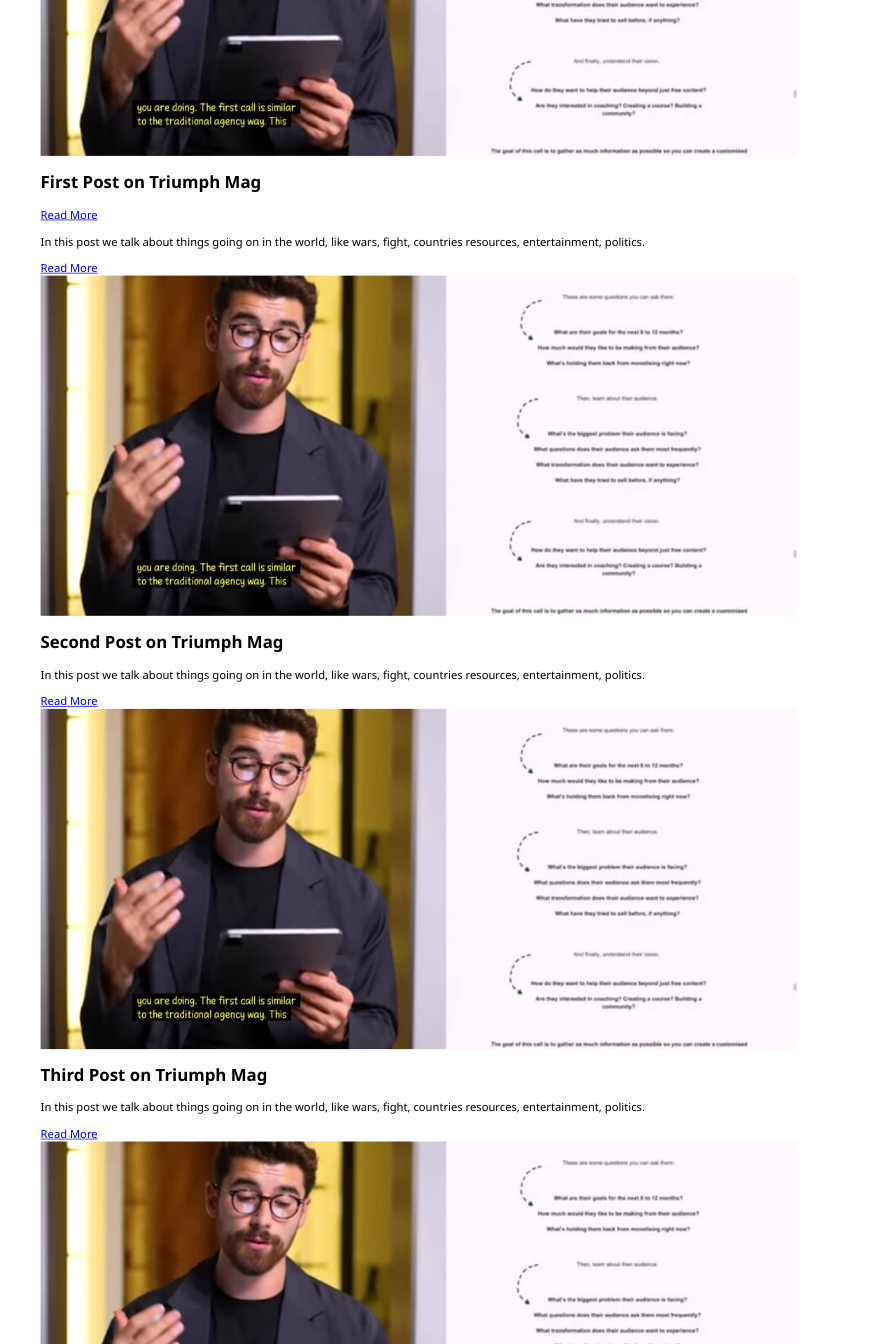
Repository: zikcolle/Triumph-Blog
Page: index.html
The author's editor kept a copy of each file at every save. The page is drawn from the files as they stood at one save, then again after the next save.
The browser window is 1280 px wide. The pictures show the part of the page from y = 964 to 2884 px (the page is 5258 px tall before and 5293 px after), at 70% of full size.

Above is the page before, as saved 2026-06-21 14:21:46.

### index.html
<!DOCTYPE html>
<html lang="en">

<head>
    <meta charset="UTF-8">
    <meta name="viewport" content="width=device-width, initial-scale=1.0">
    <title>Triumph Magazine</title>
    <link rel="stylesheet" href="styles.css">
</head>

<body>
    <header>
        <h2>Triumph Magazine</h2>
        <nav>
            <a href="#">Home</a></li>
            <a href="/about-us">About</a>
            <a href="/contact-us">Contact</a>
        </nav>
    </header>

    <main>
        <section>
            <div>
                <h2 class="label-post">Trending Post</h2>
            </div>
            <div class="feat-post">
                <img src="simage\postiman.jpeg">
                <h1>How to make mony online as a beginner</h1>
                <p>In this post you would learn how to make money as a beginner as we delve into 20 ways you can earn
                    using your phone and the internet. These methods have been proven by millions of people in the
                    digital space and its best for you to know about it.</p>
            </div>
        </section>

        <section class="post-grid">
            <div class="blog-post">
                <img src="simage\postiman.jpeg">
                <h1>First Post on Triumph Mag</h1><a href="#" class="read-more">Read More</a>
                <p>In this post we talk about things going on in the world, like wars, fight, countries resources,
                    entertainment, politics.</p>
                <a href="#" class="read-more">Read More</a>
            </div>

            <div class="blog-post">
                <img src="simage\postiman.jpeg">
                <h1>Second Post on Triumph Mag</h1>
                <p>In this post we talk about things going on in the world, like wars, fight, countries resources,
                    entertainment, politics.</p>
                <a href="#" class="read-more">Read More</a>
            </div>

            <div class="blog-post">
                <img src="simage\postiman.jpeg">
                <h1>Third Post on Triumph Mag</h1>
                <p>In this post we talk about things going on in the world, like wars, fight, countries resources,
                    entertainment, politics.</p>
                <a href="#" class="read-more">Read More</a>
            </div>

            <div class="blog-post">
                <img src="simage\postiman.jpeg">
                <h1>Fourth Post on Triumph Mag</h1>
                <p>In this post we talk about things going on in the world, like wars, fight, countries resources,
                    entertainment, politics.</p>
                <a href="#" class="read-more">Read More</a>
            </div>

            <div class="blog-post">
                <img src="simage\postiman.jpeg">
                <h1>Fifth Post on Triumph Mag</h1>
                <p>In this post we talk about things going on in the world, like wars, fight, countries resources,
                    entertainment, politics.</p>
                <a href="#" class="read-more">Read More</a>
            </div>

            <div class="blog-post">
                <img src="simage\postiman.jpeg">
                <h1>Sixth Post on Triumph Mag</h1>
                <p>In this post we talk about things going on in the world, like wars, fight, countries resources,
                    entertainment, politics.</p>
                <a href="#" class="read-more">Read More</a>
            </div>

            <div><a href="/blog">View More Posts</a></div>
        </section>

        <section>
            <h2>Related Posts</h2>

            <div class="blog-post">
                <img src="simage\postiman.jpeg">
                <h4><a href="/blog">Sixth Post on Triumph Mag</a></h4>
            </div>
        </section>
    </main>

    <footer>
        <h2>Triumph Magazine</h2>
        <p>© 2026 Triumph Magazine. All rights reserved.</p>
    </footer>

</body>

</html>

### styles.css
body {
    background-color: rgb(255, 255, 255);
    color: rgb(0, 0, 0);
    font-family:'Segoe UI', Tahoma, Geneva, Verdana, sans-serif;
}

header {
    display: flex;
    justify-content: space-between;
    align-items: center;
    margin: 0 auto;
    padding: 0 200px 0 200px;
    background-color: rgba(255,255,255,0.92);
    border-bottom: 1px solid rgba(0, 0, 0, 0.108);
    backdrop-filter: blur(20px) saturate(180%);
    -webkit-backdrop-filter: blur(20px) saturate(180%);
    box-shadow: 0 1px 0 rgba(0,0,0,0.04), 0 2px 16px rgba(0,0,0,0.04);
    color: rgb(0, 101, 0);
}

nav a {
    text-decoration: none;
    color: rgb(0, 0, 0);
}

nav a:hover {
    text-decoration: none;
    color: rgb(0, 101, 0);
    text-decoration: underline;
}

main {
    padding: 50px;
}
.feat-post {
    background-color: rgb(255, 255, 255);
    border: 2px solid rgb(0, 0, 0);
    max-width: 750px;
}

.feat-post img {
  max-width: 100%;
  height: auto;
  display: block;
}

img, svg, video, canvas, iframe {
  max-width: 100%;
  height: auto;
  display: block;
}

After the next save:
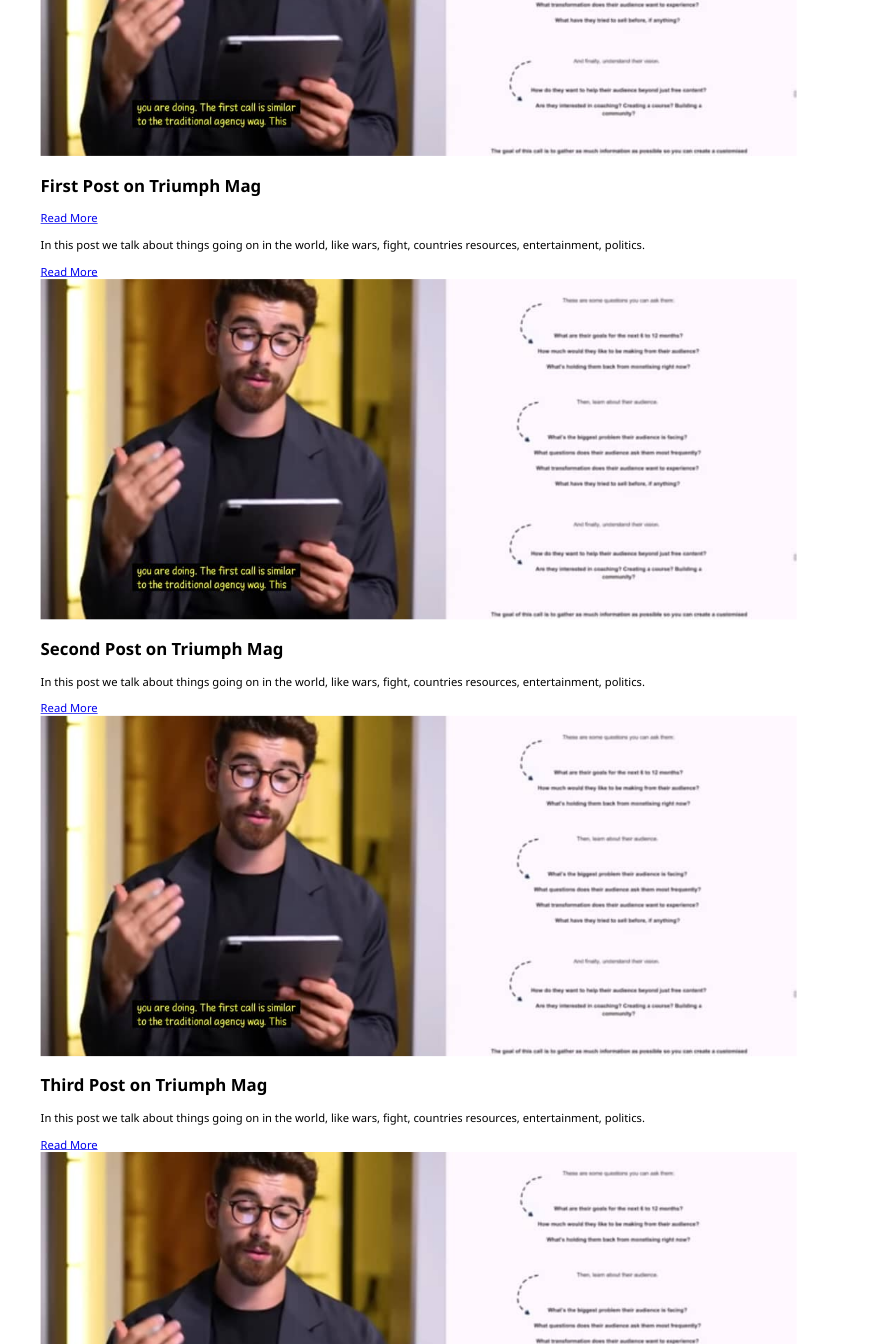
Saved 28 s later.
--- a/styles.css
+++ b/styles.css
@@ -43,9 +43,3 @@ main {
   height: auto;
   display: block;
 }
-
-img, svg, video, canvas, iframe {
-  max-width: 100%;
-  height: auto;
-  display: block;
-}
